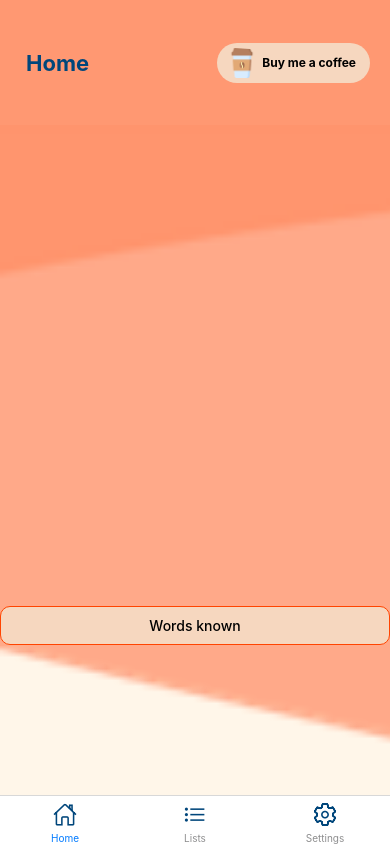
Repository: David-Waite/SpellingApp
Screen: /
An editor plug-in stored every save of this project. The screen is shown before and after the next save, followed by the edit.
The app was drawn by React Native's web renderer in a window 390 px wide. The project was rebuilt for these pictures with package versions that can differ from the ones it lists, and the page was loaded fresh each time. Also part of the build but not shown: screens/Settings.js, screens/SpellWord.js, screens/WordsLearnt.js, screens/WordListOverview.js, screens/WordLists.js, screens/Donate.js.

Above is the screen before, as saved 2023-06-22 22:02:59.

### App.js
import { NavigationContainer } from "@react-navigation/native";
import { StatusBar } from "expo-status-bar";
import { StyleSheet } from "react-native";
import { Ionicons } from "@expo/vector-icons";

import Home from "./screens/Home";
import Settings from "./screens/Settings";
import SpellWord from "./screens/SpellWord";
import WordsLearnt from "./screens/WordsLearnt";
import WordListOverview from "./screens/WordListOverview";
import WordLists from "./screens/WordLists";
import Donate from "./screens/Donate";

import { createStackNavigator } from "@react-navigation/stack";
import { createBottomTabNavigator } from "@react-navigation/bottom-tabs";
import { GlobalStyles } from "./constants/styles";

import CoffeeBtn from "./components/ui/CoffeeBtn";

const BottomTabs = createBottomTabNavigator();
const Stack = createStackNavigator();

function BottomTabsScreens() {
  return (
    <BottomTabs.Navigator>
      <BottomTabs.Screen
        name="Home"
        component={Home}
        headerShadowVisible={false}
        options={({ navigation }) => ({
          headerRight: () => (
            <CoffeeBtn
              onPress={() => {
                navigation.navigate("Donate");
              }}
            />
          ),
          title: "Home",
          tabBarLabel: "Home",
          headerTitleAlign: "left",
          headerShadowVisible: false,
          headerTitleStyle: {
            color: GlobalStyles.colors.accent500,
            fontSize: 22,
            marginLeft: 10,
            fontWeight: 700,
          },
          headerStyle: {
            backgroundColor: GlobalStyles.colors.primary400,
            height: 125,
          },

          tabBarIcon: ({ color, size }) => (
            <Ionicons
              name="home-outline"
              size={size}
              color={GlobalStyles.colors.accent500}
            />
          ),
        })}
      />
      <BottomTabs.Screen
        name="WordLists"
        component={WordLists}
        options={{
          title: "Word Lists",
          tabBarLabel: "Lists",
          tabBarIcon: ({ color, size }) => (
            <Ionicons
              name="list-outline"
              size={size}
              color={GlobalStyles.colors.accent500}
            />
          ),
        }}
      />
      <BottomTabs.Screen
        name="Settings"
        component={Settings}
        options={{
          title: "Settings",
          tabBarLabel: "Settings",
          tabBarIcon: ({ color, size }) => (
            <Ionicons
              name="settings-outline"
              size={size}
              color={GlobalStyles.colors.accent500}
            />
          ),
        }}
      />
    </BottomTabs.Navigator>
  );
}
export default function App() {
  return (
    <>
      <StatusBar style="light" />
      <NavigationContainer>
        <Stack.Navigator>
          <Stack.Screen
            name="BottomTabsScreen"
            component={BottomTabsScreens}
            options={{ headerShown: false }}
          />
          <Stack.Screen
            name="WordsLearnt"
            component={WordsLearnt}
            options={{ presentation: "modal" }}
          />
          <Stack.Screen name="WordListOverview" component={WordListOverview} />
          <Stack.Screen
            name="SpellWord"
            component={SpellWord}
            options={{ presentation: "modal" }}
          />
          <Stack.Screen
            name="Donate"
            component={Donate}
            options={{ presentation: "modal" }}
          />
        </Stack.Navigator>
      </NavigationContainer>
    </>
  );
}

const styles = StyleSheet.create({
  container: {
    flex: 1,
    backgroundColor: "#fff",
    alignItems: "center",
    justifyContent: "center",
  },
});

### screens/Home.js
import { ImageBackground, Text, View } from "react-native";

import { StyleSheet } from "react-native";
import { GlobalStyles } from "../constants/styles";

import WordsLearntCard from "../components/ui/WordsLearntCard";
function Home({ navigation }) {
  return (
    <View style={styles.container}>
      <ImageBackground
        style={styles.ImageBackground}
        source={require("../images/SpellingAppHeaderBackground.png")}
      >
        <WordsLearntCard navigation={navigation} />
      </ImageBackground>
    </View>
  );
}

export default Home;

const styles = StyleSheet.create({
  container: {
    flex: 1,
    backgroundColor: GlobalStyles.colors.background,
  },
  ImageBackground: {
    resizeMode: "fit",
    height: 1000,
    justifyContent: "center",
  },
});

### constants/styles.js
export const GlobalStyles = {
  colors: {
    background: "#FFF6E9",
    primary50: "#FFF0E5",
    primary100: "#F6D7BF",
    primary100Dark: "#c7ad99",
    primary300: "#FFA989",
    primary400: "#FF9872",
    primary500: "#FF946E",
    primary800: "#FF4400",
    accent500: "#00467B",
    success500: "#0A8900",
    error500: "#FF0000",
  },
};

### components/ui/CoffeeBtn.js
import { Image } from "react-native";
import { StyleSheet } from "react-native";
import { Pressable } from "react-native";
import { View, Text } from "react-native";
import { GlobalStyles } from "../../constants/styles";

function CoffeeBtn({ onPress }) {
  return (
    <Pressable
      onPress={onPress}
      style={({ pressed }) => [styles.conatiner, pressed && styles.pressed]}
    >
      <View style={styles.layoutConatiner}>
        <Image
          style={styles.coffee}
          source={require("../../images/coffee-cup.png")}
        />
        <Text style={styles.text}>Buy me a coffee</Text>
      </View>
    </Pressable>
  );
}

export default CoffeeBtn;

const styles = StyleSheet.create({
  conatiner: {
    backgroundColor: GlobalStyles.colors.primary100,
    borderRadius: 20,

    paddingLeft: 10,
    paddingRight: 14,
    paddingVertical: 5,

    marginRight: 20,
  },
  layoutConatiner: {
    flexDirection: "row",
    alignItems: "center",
    gap: 5,
  },
  text: {
    fontSize: 12,
    fontWeight: 700,
  },
  coffee: {
    width: 30,
    height: 30,
  },
  pressed: {
    backgroundColor: GlobalStyles.colors.primary100Dark,
    borderRadius: 20,
  },
});

### components/ui/WordsLearntCard.js
import { Text, StyleSheet } from "react-native";

import { GlobalStyles } from "../../constants/styles";
import { Pressable } from "react-native";
import { View } from "react-native";

function WordsLearntCard({ navigation }) {
  return (
    <Pressable onPress={() => navigation.navigate("WordsLearnt")}>
      <View style={styles.container}>
        <Text style={styles.WordsKnownText}>Words known</Text>
      </View>
    </Pressable>
  );
}

export default WordsLearntCard;

const styles = StyleSheet.create({
  container: {
    backgroundColor: GlobalStyles.colors.primary100,
    paddingHorizontal: 10,
    paddingVertical: 10,
    borderRadius: 10,
    borderColor: GlobalStyles.colors.primary800,
    borderWidth: 1,
  },
  WordsKnownText: {
    textAlign: "center",
    fontWeight: "500",
  },
  pressed: {
    opacity: 0.75,
  },
});

After the next save:
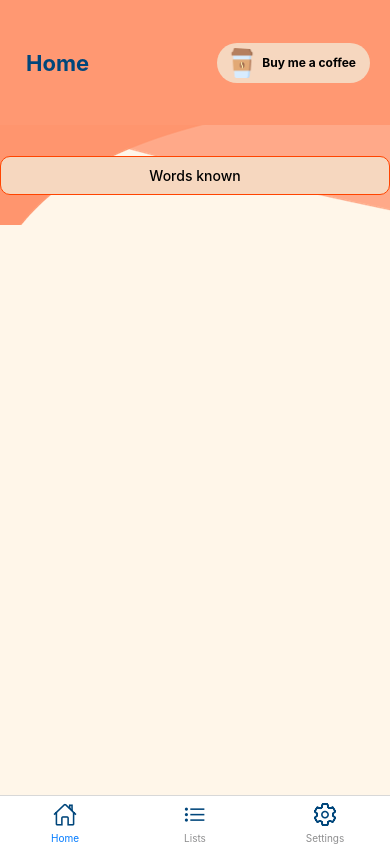
Saved 6 s later.
--- a/screens/Home.js
+++ b/screens/Home.js
@@ -26,7 +26,7 @@ const styles = StyleSheet.create({
   },
   ImageBackground: {
     resizeMode: "fit",
-    height: 1000,
+    height: 100,
     justifyContent: "center",
   },
 });
